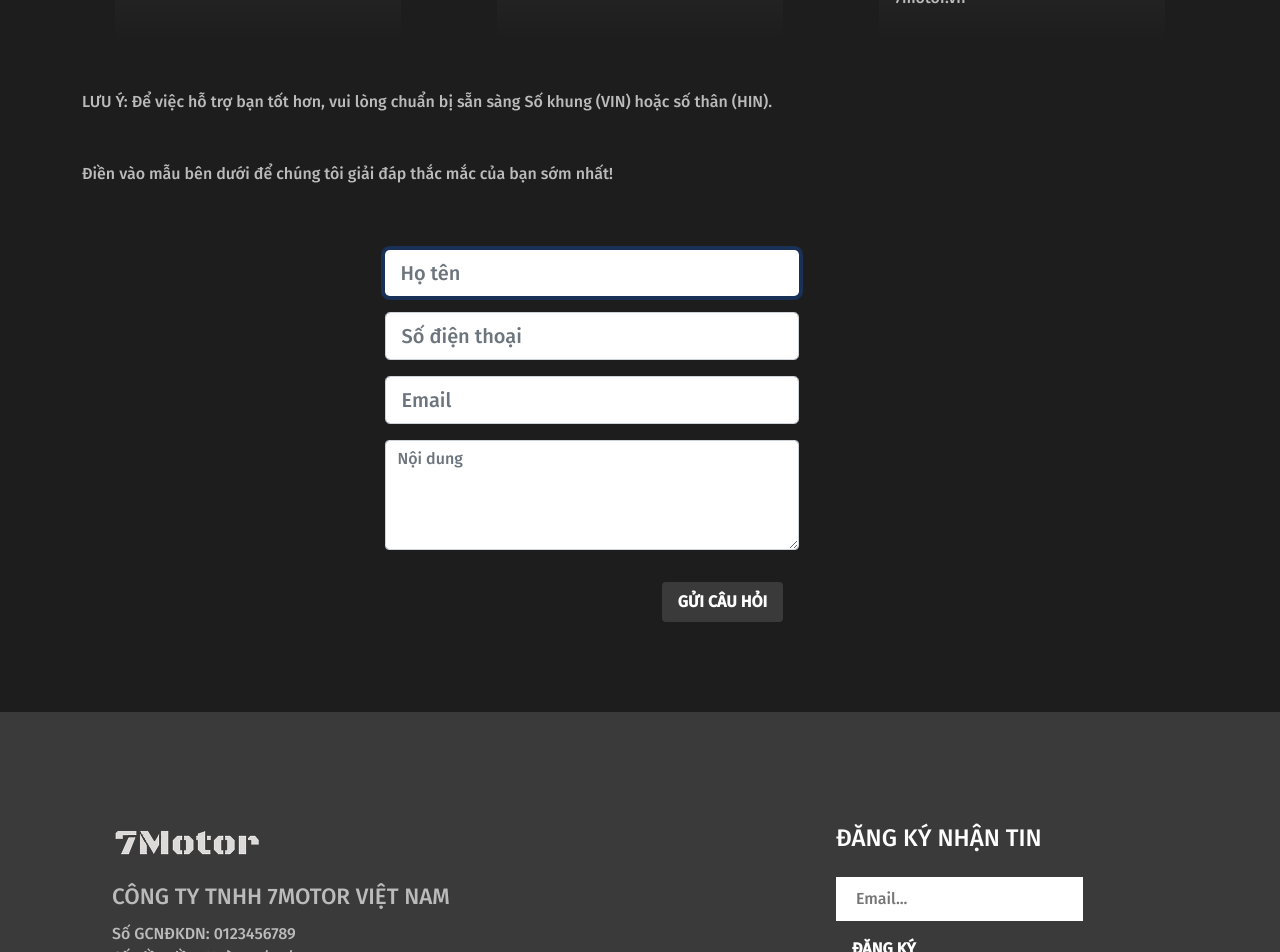
Repository: nntruong1907/SevenMotor
Page: contact.html
An editor plug-in stored every save of this project. The page is shown before and after a run of saves, followed by the edit.
The browser window is 1280 px wide. The pictures show the part of the page from y = 677 to 1629 px (the page is 1968 px tall before and 1970 px after).
The first visible `.border-input > input` has the focus.

Above is the page before, as saved 2022-04-06 10:00:40.
Console error: TypeError: Cannot read properties of undefined (reading 'classList')

### contact.html

<!DOCTYPE html>
<html lang="en">

<head>
    <meta charset="UTF-8">
    <meta http-equiv="X-UA-Compatible" content="IE=edge">
    <meta name="viewport" content="width=device-width, initial-scale=1.0">
    <title>7Motor | Liên hệ</title>
    <link rel="shortcut icon" type="image/icon" href="./img/seven.ico"/>
    <!-- bootstrap5 -->
    <link href="https://cdn.jsdelivr.net/npm/bootstrap@5.1.3/dist/css/bootstrap.min.css" rel="stylesheet">
    <script src="https://cdn.jsdelivr.net/npm/bootstrap@5.1.3/dist/js/bootstrap.bundle.min.js"></script>
    <!-- boxicons -->
    <link href='https://unpkg.com/boxicons@2.1.2/css/boxicons.min.css' rel='stylesheet'>
    <script src="https://unpkg.com/boxicons@2.1.2/dist/boxicons.js"></script>
    <!-- app css -->
    <link rel="stylesheet" href="./css/grid.css">
    <link rel="stylesheet" href="./css/app.css">
</head>

<body>

    <!-- header -->
    <header>
        <a href="#" class="logo">
            <img src="./img/7motor.png" alt="Logo">
        </a>
        <div class="main-menu-wrapper">
            <ul class="main-menu m-1">
                <li><a href="./index.html">Trang Chủ</a></li>
                <li><a href="./about.html">Giới thiệu</a></li>
                <li><a href="./products.html">Sản phẩm</a></li>
                <li><a href="./faq.html">FAQ</a></li>
                <li><a href="./news.html">Tin tức</a></li>
                <li><a href="#" class="active">Liên hệ</a></li>
            </ul>
        </div>

    </header>
    <!-- end header -->

    <!-- hero slide -->
    <div class="hero">
        <div class="container" id="hero-slide">
            <!-- slide item -->
            <div class="row mt-3">
                <hr/>
                <div class="col-12">
                    <div class="to-bot show-on-scroll">
                        <h3 class="main-title">Thông tin liên hệ</h3>
                    </div>

                    <div class="mt-5 to-top show-on-scroll">
                        Sự hài lòng của bạn rất quan trọng đối với chúng tôi! Để được hỗ trợ ngay lập tức và xử lý nhanh yêu cầu của bạn, chúng tôi khuyên bạn nên liên hệ với Đại lý Kawasaki ủy quyền tại địa phương. Đại lý có thể đáp ứng đầy đủ cho bạn các sản phẩm, thông tin giá cả (xe, phụ tùng), bảo dưỡng và bảo hành.
                    </div>
                    <div class="mt-5 to-top show-on-scroll">
                        Đối với tất cả các yêu cầu khác, bạn có thể liên hệ với Công ty TNHH 7Motor Việt Nam bằng cách sử dụng các chi tiết dưới đây.
                    </div>
                    <div class="row justify-content-around mt-5 to-top show-on-scroll">
                        <div class="col-3 bg-gradient p-3 rounded-top">
                            <h4 class="mb-3">ĐIỆN THOẠI</h4>
                            <p>Điện thoại: +(84) 28 3925 5899</p>
                            <p>Fax: +(84) 28 3925 5897</p>
                        </div>
                        <div class="col-3 bg-gradient p-3 rounded-top">
                            <h4 class="mb-3">ĐỊA CHỈ</h4>
                            <p>KTX A - ĐHCT, Phường Xuân Khánh, Quận Ninh Kiều, TP Cần Thơ</p>
                        </div>
                        <div class="col-3 bg-gradient p-3 rounded-top">
                            <h4 class="mb-3">EMAIL</h4>
                            <p>Thứ Hai - Thứ Sáu, 8:00 - 17:00</p>
                            <p>Thứ Bảy & Chủ Nhật, Không Làm Việc</p>
                            <p>Ngoài giờ làm việc, vui lòng liên hệ với chúng tôi tại: info@kawasaki-7motor.vn</p>
                        </div>
                    </div>
                    <div class="mt-5">
                        <p class="mt-5 to-top show-on-scroll">
                            LƯU Ý: Để việc hỗ trợ bạn tốt hơn, vui lòng chuẩn bị sẵn sàng Số khung (VIN) hoặc số thân (HIN).
                        </p>
                    </div>
                    <div class="mt-5">
                        <p class="mt-5 to-top show-on-scroll">
                            Điền vào mẫu bên dưới để chúng tôi giải đáp thắc mắc của bạn sớm nhất!
                        </p>
                    </div>
                    <form class="row mt-5 to-top show-on-scroll">
                        <div class="col-3"></div>
                        <div class="col-9">
                            <div class="w-50">
                                <div class="input-group input-group-lg m-3 border-input">
                                    <input type="text" class="form-control" placeholder="Họ tên">
                                </div>
                                <div class="input-group input-group-lg m-3 border-input">
                                    <input type="text" class="form-control" placeholder="Số điện thoại">
                                </div>
                                <div class="input-group input-group-lg m-3 border-input">
                                    <input type="text" class="form-control" placeholder="Email">
                                </div>
                                <div class="input-group m-3 border-input">
                                    <textarea class="form-control" rows="4" placeholder="Nội dung"></textarea>
                                </div>
                                <div class="text-lg-end">
                                    <button type="button" class="btn mt-3">Gửi câu hỏi</button>
                                </div>
                            </div>
                        </div>
                    </form>
                </div>
            </div>
            <!-- end slide item -->

            <!-- slide control -->
            <span class="slide-prev"></span>
            <span class="slide-next"></span>
            <!-- end slide control -->
        </div>
    </div>
    <!-- end hero slide -->

    <!-- footer section -->
    <footer>
        <div class="section-content">
            <div class="row">
                <div class="col-8">
                    <a href="#" class="logo">
                        <img src="./img/7motor.png" alt="">
                    </a>
                    <div class="mt-3">
                        <p class="text-uppercase" style="font-size: 1.4rem; margin-bottom: 0.5rem;">Công ty TNHH 7Motor Việt Nam</p>
                        <p class="m-0 ">Số GCNĐKDN: 0123456789</p>
                        <p class="m-0">Cấp lần đầu: Ngày 01/01/2021</p>
                        <p class="m-0">Đăng ký thay đổi lần thứ 2: Ngày 01/01/2022</p>
                        <p class="m-0">Cơ quan cấp: Sở kế hoạch và đầu tư TP Cần Thơ</p>
                        <p class="m-0">Trụ sở chính: KTX A - ĐHCT, Phường Xuân Khánh, Quận Ninh Kiều, TP Cần Thơ</p>
                    </div>
                    <ul class="socials mt-2">
                        <li><a href="#"><i class="bx bxl-facebook-circle"></i></a></li>
                        <li><a href="#"><i class='bx bxl-instagram-alt'></i></a></li>
                        <li><a href="#"><i class="bx bxl-twitter"></i></a></li>
                        <li><a href="#"><i class="bx bxl-youtube"></i></a></li>
                    </ul>
                    <div class="footer-logo">
                        <img src="./img/logo-da-thong-bao-bo-cong-thuong-mau-xanh.png" alt="">
                    </div>
                </div>
                <div class="col-3">
                    <h3 class="footer-header">
                        Đăng ký nhận tin
                    </h3>
                    <div class="subscribe-form mt-4">
                        <input type="text" name="" placeholder="Email...">
                        <button class="btn mt-2">Đăng ký</button>
                    </div>
                </div>
            </div>
            <div class="row mt-5">
                <div class="col-12 footer-copyright">
                    <span class="">
                        &copy; 2022. Copyright by 7Motor
                    </span> &nbsp; &nbsp; | &nbsp; &nbsp;
                    <a href="#" class="">
                        Terms and Conditions
                    </a href="#"> &nbsp; &nbsp; | &nbsp; &nbsp;
                    <a href="#" class="">
                        Privacy Policy
                    </a href="#"> &nbsp; &nbsp; | &nbsp; &nbsp;
                    <a href="#" class="">
                        Cookie Policy
                    </a href="#">
                </div>
            </div>
        </div>
    </footer>
    <!-- end footer section -->

    <!-- app js -->
    <script src="./js/app.js"></script>

</body>

</html>

### css/grid.css
.row {
  display: flex;
  flex-wrap: wrap;
  margin: 0 -15px;
}

[class*="col-"] {
  padding: 0 15px;
}

.col-1 {
  width: 8.33%;
}

.col-2 {
  width: 16.66%;
}

.col-3 {
  width: 25%;
}

.col-4 {
  width: 33.33%;
}

.col-5 {
  width: 41.66%;
}

.col-6 {
  width: 50%;
}

.col-7 {
  width: 58.33%;
}

.col-8 {
  width: 66.66%;
}

.col-9 {
  width: 75%;
}

.col-10 {
  width: 83.33%;
}

.col-11 {
  width: 91.66%;
}

.col-12 {
  width: 100%;
}

### css/app.css
@font-face {
  font-family: OswaldSemiBold;
  src: url(../fonts/Oswald/Oswald-SemiBold.ttf);
}

@font-face {
  font-family: FiraSansMedium;
  src: url(../fonts/Fira_Sans/FiraSans-Medium.ttf);
}

@font-face {
  font-family: FiraSansLight;
  src: url(../fonts/Fira_Sans/FiraSans-Light.ttf);
}

:root {
  --main-color: #1d1d1d;
  --second-color: #3a3a3a;
  --txt-screen: #66cc33;
  --txt-color: #bbbbbb;
  --txt-white: #ffffff;
  --bg-black: #000;

  --form-bg: rgba(0, 0, 0, 0.8);
  --border-color: #66cc33;
  --form-color: #c6c6c6;
  --form-input-bg: rgba(2, 2, 2, 0.22);
  --boder-radius: 10px;

  --header-height: 144px;
  --header-padding: 93px;
}

* {
  padding: 0;
  margin: 0;
  box-sizing: border-box;
  user-select: none;
}

body {
  background-color: var(--main-color);
  color: var(--txt-color);
  font-family: FiraSansMedium, sans-serif;
  overflow-x: hidden;
}

a {
  text-decoration: none;
  color: unset;
  display: inline-block;
}

ul {
  list-style-type: none;
}

img {
  max-width: 100%;
}

header {
  height: var(--header-height);
  position: fixed;
  left: 0;
  top: 0;
  width: 100%;
  background-color: transparent;
  display: flex;
  align-items: center;
  justify-content: space-between;
  padding: 0 var(--header-padding);
  z-index: 99;
  transition: height 0.3s ease 0s, background-color 0.3s ease 0s;
}

header.shrink {
  height: 60px;
  background-color: var(--second-color);
}

.main-menu-wrapper {
  position: absolute;
  inset: 0;
  display: flex;
  align-items: center;
  justify-content: center;
  pointer-events: none;
}

.main-menu {
  display: flex;
  pointer-events: visible;
}

.main-menu > li > a {
  text-transform: capitalize;
  font-size: 1.3rem;
  color: var(--txt-color);
}

.main-menu > li > a.active {
  color: var(--txt-screen);
}

.main-menu > li ~ li {
  margin-left: 40px;
}

.main-menu > li > a:hover,
.user-menu > li > a:hover {
  color: var(--txt-screen);
}

.hero {
  padding-top: var(--header-height);
  position: relative;
}

.hero1 {
  padding-top: var(--header-height);
  position: relative;
}

.slide-container {
  height: 100%;
  position: relative;
}

.slide {
  display: flex;
  height: 0;
  overflow: hidden;
}

.slide.active {
  height: 100%;
}

.slide-img {
  width: 58%;
  padding-right: 60px;
  padding-top: 80px;
  z-index: 1;
}

.slide-img img {
  width: 100%;
  transform: rotate(-70deg);
  transform-origin: bottom;
  opacity: 0;
  transition: transform 1s cubic-bezier(0.175, 0.885, 0.32, 1.275),
    opacity 0.6s ease 0s;
}

.slide.active .slide-img img {
  transform: rotate(0);
  opacity: 1;
}

.slide-txt {
  width: 42%;
  padding-left: 60px;
}

.slide-title {
  width: max-content;
}

.slide-title > p {
  margin: 0px;
  padding: 0px;
  font-size: 2rem;
  font-family: OswaldSemiBold;
  color: var(--txt-screen);
  text-transform: capitalize;
}

.slide-title > h3 {
  font-size: 10.5rem;
  font-family: OswaldSemiBold;
  color: var(--txt-white);
  text-transform: capitalize;
  -webkit-text-fill-color: transparent;
  -webkit-text-stroke-width: 4px;
  transform: translateX(-200px);
  transition: transform 0.5s ease 0s;
}

.slide-title > h4 {
  font-size: 3.5rem;
  font-family: OswaldSemiBold;
  color: var(--txt-white);
  -webkit-text-fill-color: transparent;
  -webkit-text-stroke-width: 4px;
}

.slide.active .slide-title > h3 {
  transform: translateX(0);
}
.slide.active .slide-title > h4 {
  transform: translateX(0);
}
.slide-description,
.slide-btn {
  margin-top: 84px;
}

.slide-description > p {
  font-size: 1.4rem;
  transition-delay: 0.3s;
}

.hero-btn {
  font-size: 1.9rem;
  font-weight: 700;
  text-transform: uppercase;
  padding: 10px 50px;
  background-color: var(--txt-white);
  color: var(--main-color);
  transition: transform 0.3s ease 0s;
}

.slide-description > p,
.slide-btn {
  transform: translateY(100px);
  opacity: 0;
  transition: transform 0.5s ease 0s, opacity 0.5s ease 0s;
}

.slide.active .slide-description > p,
.slide.active .slide-btn {
  transform: translateY(0);
  opacity: 1;
}

.slide-btn {
  transition-delay: 0.6s;
}

.hero-btn:hover {
  transform: translateY(-10px);
  color: var(--txt-screen);
}

.hero-txt {
  position: absolute;
  text-transform: uppercase;
  font-family: OswaldSemiBold;
  font-size: 11.75rem;
  top: 203px;
  right: -182px;
  color: var(--second-color);
  transform: rotate(-90deg);
}

.hero-txt1 {
  position: absolute;
  text-transform: uppercase;
  font-family: OswaldSemiBold;
  font-size: 2rem;
  top: 440px;
  left: 60px;
  color: var(--second-color);
}

.hero-txt2 {
  position: absolute;
  text-transform: uppercase;
  font-family: OswaldSemiBold;
  font-size: 5rem;
  top: 470px;
  left: 100px;
  color: var(--txt-color);
}

.slide-control {
  display: flex;
  align-items: center;
  position: absolute;
  z-index: 98;
  bottom: 20px;
  left: 50%;
  transform: translateX(-50%);
}

.slide-control > li {
  font-size: 1.75rem;
  display: flex;
  align-items: center;
  cursor: pointer;
  transition: transform 0.3s ease 0s;
}

.slide-control > li.active {
  transform: scale(1.5);
  color: var(--txt-white);
}

.slide-control > li ~ li {
  margin-left: 30px;
}

.slide-control > li:hover {
  color: var(--txt-white);
}

.section {
  padding: 12rem 0 0;
}

.section-content {
  padding: 7rem 7rem 0;
}

.section-title {
  font-family: OswaldSemiBold;
  text-align: center;
  position: relative;
}

.infor-title {
  margin: 3rem 0;
  font-family: OswaldSemiBold;
  text-align: center;
  position: absolute;
}

.section-title > h3 {
  text-transform: uppercase;
}

.infor-title > p {
  font-size: 3rem;
  text-transform: uppercase;
  color: var(--txt-screen);
}

.second-title {
  font-size: 5rem;
  color: var(--txt-screen);
  position: absolute;
  left: 20%;
  bottom: 100%;
  z-index: -1;
  font-family: OswaldSemiBold;
}

.main-title {
  font-size: 3rem;
  z-index: 1;
  color: var(--txt-screen);
  text-transform: uppercase;
  font-family: OswaldSemiBold;
}

.category-img {
  padding: 4rem;
  height: 600px;
  overflow: hidden;
  position: relative;
  cursor: pointer;
}

.category-img-inner {
  position: absolute;
  top: 0;
  left: 0;
  height: 100%;
  width: 100%;
  background-position: bottom;
  background-size: cover;
  transition: transform 1s ease 0s;
}

.category-img:hover .category-img-inner {
  transform: scale(1.3);
}

.category-title {
  font-size: 4.5rem;
  font-weight: 700;
  font-family: OswaldSemiBold;
  padding: 2rem;
  position: absolute;
  bottom: 0;
  color: var(--txt-white);
  text-transform: capitalize;
}

.btn-wrapper {
  position: absolute;
  right: 7rem;
  top: 50%;
  transform: translateY(-50%);
}

.btn {
  padding: 0.5rem 1rem;
  border: none;
  outline: none;
  text-transform: uppercase;
  font-weight: 700;
  cursor: pointer;
  background-color: var(--second-color);
  color: var(--txt-white);
  transition: all 0.3s ease 0s;
}

.btn:hover {
  background-color: #66cc33;
  color: var(--second-color);
}

.product-card {
  padding: 20px;
  text-align: center;
  border-radius: 1rem;
  transition: background-color 0.3s ease 0s;
}

.product-card:hover {
  background-color: var(--bg-black);

}

.product-card > a:hover {
  color: var(--txt-screen);
}

.product-card-img {
  margin-bottom: 20px;
}

.product-name {
  font-size: 2rem;
  text-transform: uppercase;
  margin-bottom: 10px;
}

.product-card-large .product-name {
  font-size: 3rem;
}

.product-price {
  font-weight: 700;
  color: var(--txt-white);
  margin-bottom: 20px;
  display: block;
}

.product-card-large .product-price {
  font-size: 2rem;
}

.product-card-large .btn {
  font-size: 1.5rem;
  padding: 1rem 2rem;
}

.col-center {
  display: flex;
  align-items: center;
}

.special-section {
  position: relative;
  margin-bottom: 290px;
  padding-top: 4rem;
}

.special-section > .section-title {
  text-align: right;
  padding: 4rem 7rem;
  background-color: var(--bg-black);
}

.special-section .second-title {
  position: relative;
  font-size: 3.5rem;
  color: var(--txt-white);
  left: 0;
  z-index: unset;
}

.special-section .main-title {
  font-size: 9rem;
  -webkit-text-stroke-width: 2px;
  -webkit-text-fill-color: transparent;
}

.special-section .section-title .btn {
  position: relative;
  right: unset;
  top: unset;
  font-size: 2rem;
}

.special-section .special-price {
  font-size: 3rem;
  color: var(--txt-white);
  margin-bottom: 2rem;
}

.special-img {
  width: 50%;
  position: absolute;
  left: 7rem;
  bottom: -290px;
}

.news-card {
  padding: 20px;
}

.news-card-img {
  width: 100%;
  padding-top: 100%;
  position: relative;
}

.img-wrapper,
.img-wrapper .img {
  position: absolute;
  inset: 0;
  overflow: hidden;
}

.img-wrapper .img {
  background-position: center;
  background-size: cover;
  transition: transform 0.5s ease 0s;
}

.news-card:hover .img {
  transform: scale(1.2);
}

.news-card-img,
.news-title,
.news-preview {
  margin-bottom: 20px;
}

.news-title {
  font-size: 2rem;
  color: var(--txt-white);
}

.news-title > a:hover {
  color: var(--txt-screen);
}

footer {
  background-color: var(--second-color);
  margin-top: 90px;
  padding-bottom: 60px;
}

.footer-description {
  margin: 30px 0;
}

.socials {
  display: flex;
}

.socials > li ~ li {
  margin-left: 20px;
}

.socials > li > a {
  font-size: 1.5rem;
}

.socials > li > a:hover {
  color: var(--txt-white);
}

.footer-menu > li ~ li {
  margin-top: 20px;
}

.footer-menu > li > a {
  font-size: 1.5rem;
  text-transform: uppercase;
}

.footer-menu > li > a:hover {
  color: var(--txt-white);
}

.subscribe-form > input {
  border: none;
  outline: none;
  padding: 10px 20px;
}

.footer-logo {
  width: 150px;
}

.footer-header {
  font-size: 1.5rem;
  text-transform: uppercase;
  color: var(--txt-white);
}

.footer-copyright > a:hover {
  color: var(--txt-screen);
}

.to-right {
  transform: translateX(-200px);
}

.to-left {
  transform: translateX(200px);
}

.to-right,
.to-left,
.to-top,
.to-bot {
  opacity: 0;
  transition: all 1.5s ease 0s;
}

.to-right.show,
.to-left.show {
  opacity: 1;
  transform: translateX(0);
}

.to-top {
  transform: translateY(100px);
}

.to-top.show {
  transform: translateY(0);
  opacity: 1;
}

.to-bot {
  transform: translateY(-50px);
}

.to-bot.show {
  transform: translateY(0);
  opacity: 1;
}

.text-min > p {
  margin: 0.5rem 0;
  padding: 0 0.5rem 0 0;
  font-size: 0.8rem;
  color: var(--second-color);
}

.thuvien {
  padding: 9rem 0 0;
}
.thuvien-content {
  padding: 1rem 0;
}

.thuvien-img {
  height: 400px;
  overflow: hidden;
  position: relative;
  cursor: pointer;
}

.thuvien-img-inner {
  position: absolute;
  top: 0;
  left: 0;
  height: 100%;
  width: 100%;
  background-position: bottom;
  background-size: cover;
  transition: transform 1s ease 0s;
}

.thuvien-img:hover .thuvien-img-inner {
  transform: scale(1.2, 1.1);
}


.post-item {
  width: 2rem;
  height: 2rem;
  border-radius: 50px;
  border-style: solid;
}
.post-item i {
  font-size: 2rem;
}
.post-item i:hover {
  color: #fff;
  border-radius: 50px;
}
.post-item i:hover {
  color: #fff;
  border-radius: 50px;
}

.news-text > p {
  margin-left: 8rem;
  width: 66rem;
}

.promotion {
  position: relative;
  margin-top: 10rem;
  padding-right: 4rem;
}

.promotion-title {
  width: fit-content;
  background-color: #ffffff;
}

.promotion-title > h4 {
  color: #66cc33;
  padding: 2rem 2rem;
}

.promotion-title > p {
  color: #000;
  padding: 0 2rem 2rem 2rem;
}

.news-info {
  margin-top: 3rem;
}

.product-title {
  margin: 5rem 0 0rem 0;
  z-index: 1;
  font-size: 3.5rem;
  color: var(--txt-color);
  text-transform: uppercase;
  font-family: OswaldSemiBold;
}
.text-green {
  color: var(--txt-screen);
}

.img-size {
  margin: auto;
  max-width: 900px;
}

.border-input > input:focus {
  border: #66cc33;
  bo
}

### js/app.js
let hero_slide = document.querySelector('#hero-slide')

let hero_slide_items = hero_slide.querySelectorAll('.slide')

let hero_slide_index = 0

let hero_slide_play = true

let hero_slide_control_items = hero_slide.querySelectorAll('.slide-control-item')

let slide_next = hero_slide.querySelector('.slide-next')

let slide_prev = hero_slide.querySelector('.slide-prev')

let header = document.querySelector('header')

showSlide = (index) => {
    hero_slide.querySelector('.slide.active').classList.remove('active')
    hero_slide.querySelector('.slide-control-item.active').classList.remove('active')
    hero_slide_control_items[index].classList.add('active')
    hero_slide_items[index].classList.add('active')
}

nextSlide = () => {
    hero_slide_index = hero_slide_index + 1 === hero_slide_items.length ? 0 : hero_slide_index + 1
    showSlide(hero_slide_index)
}

prevSlide = () => {
    hero_slide_index = hero_slide_index - 1 < 0 ? hero_slide_items.length - 1 : hero_slide_index - 1
    showSlide(hero_slide_index)
}

slide_next.addEventListener('click', () => nextSlide())

slide_prev.addEventListener('click', () => prevSlide())

// add event to slide select
hero_slide_control_items.forEach((item, index) => {
    item.addEventListener('click', () => showSlide(index))
})

// pause slide when mouse come in slider
hero_slide.addEventListener('mouseover', () => hero_slide_play = false)

// resume slide when mouse leave out slider
hero_slide.addEventListener('mouseleave', () => hero_slide_play = true)

setTimeout(() => hero_slide_items[0].classList.add('active'), 200);

// auto slide
// setInterval(() => {
//     if (!hero_slide_play) return
//     nextSlide()
// }, 5000);

// change header style when scroll
window.addEventListener('scroll', () => {
    if (document.body.scrollTop > 80 || document.documentElement.scrollTop > 80) {
        header.classList.add('shrink')
    } else {
        header.classList.remove('shrink')
    }
})

// element show on scroll

let scroll = window.requestAnimationFrame || function(callback) {window.setTimeout(callback, 1000/60)}

let el_to_show = document.querySelectorAll('.show-on-scroll')

isElInViewPort = (el) => {
    let rect = el.getBoundingClientRect()

    let distance = 200

    return (rect.top <= (window.innerHeight - distance || document.documentElement.clientHeight - distance))
}

loop = () => {
    el_to_show.forEach(el => {
        if (isElInViewPort(el)) el.classList.add('show')
    })

    scroll(loop)
}

loop()

After the next 3 saves:
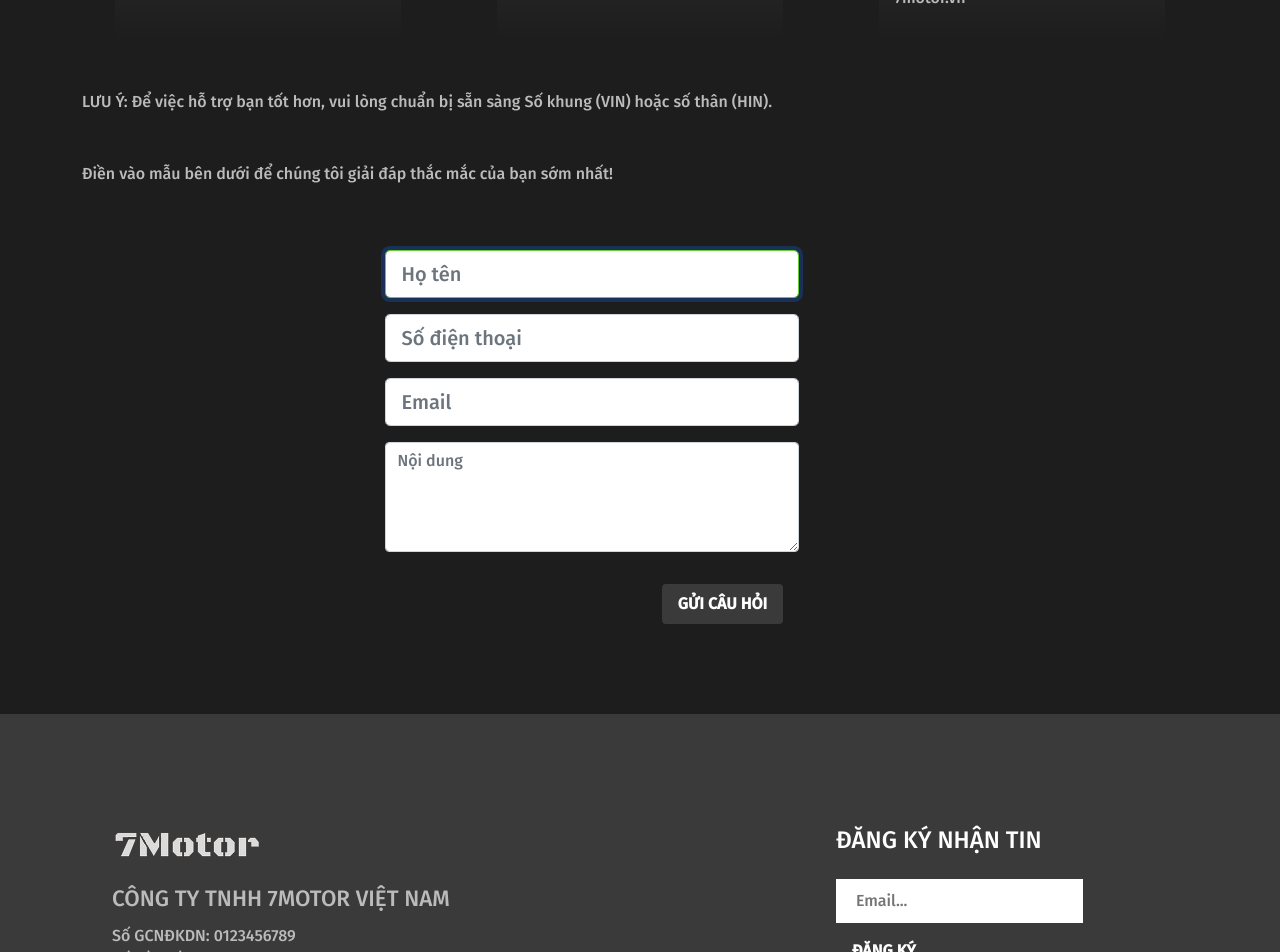
The 3 saves are shown as one change because they came seconds apart.
The last was saved 9 s later.
--- a/css/app.css
+++ b/css/app.css
@@ -753,6 +753,5 @@ footer {
 }
 
 .border-input > input:focus {
-  border: #66cc33;
-  bo
-}
+  border-color: #66cc33;
+}
